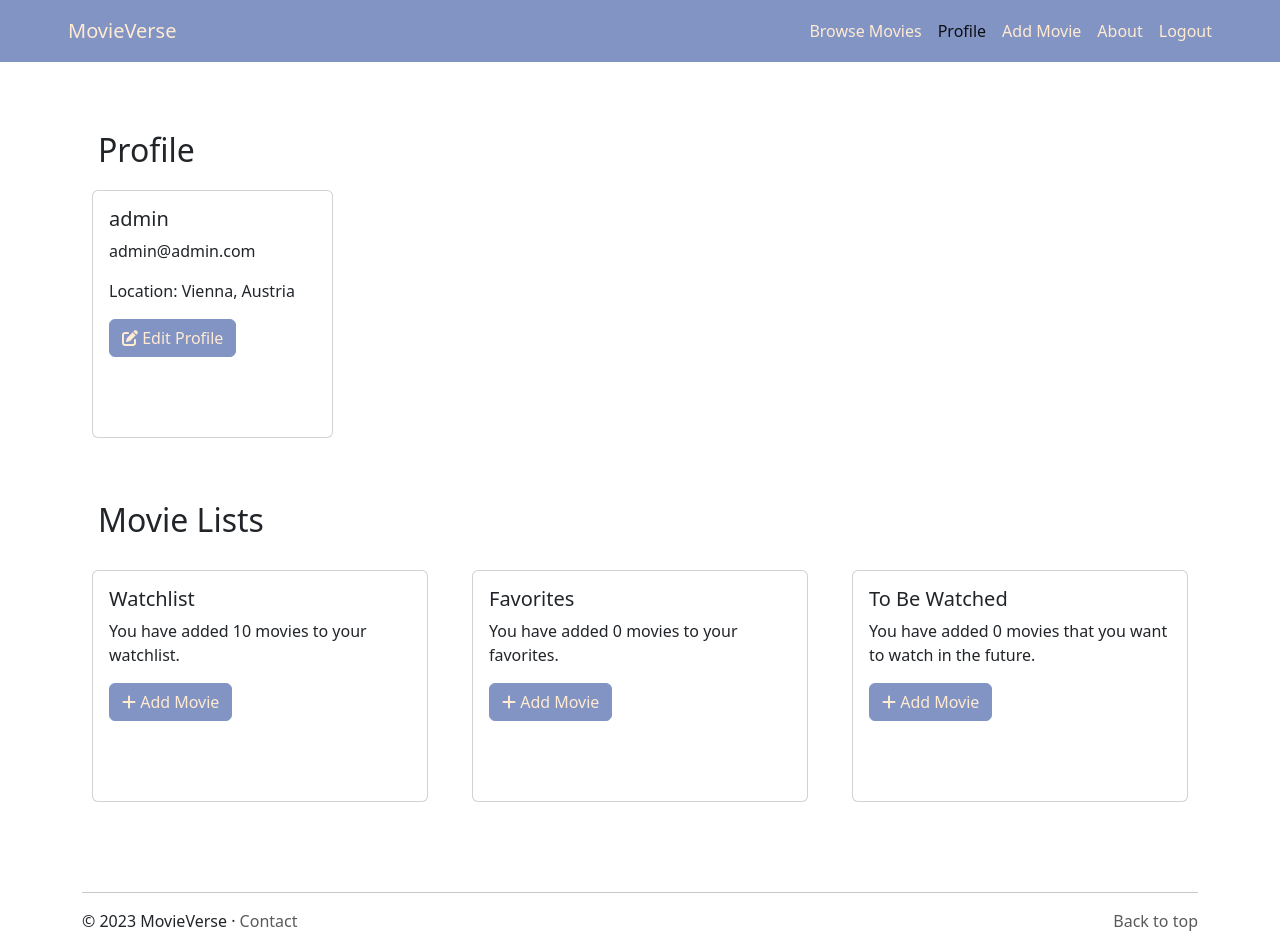
Repository: rafaelasantana/MovieVerse
Page: http://localhost/profile.php
These files come from the project's save history. The page is drawn as it stood at one moment and after the next save; the edit follows.
The browser window is 1280 px wide. The pictures show the whole page.
Some web libraries are served in a nearby version. The page is run by PHP 8.4 with error messages shown; the project is at /var/www/html/. The session is filled in as if someone had signed in: {"username": "admin", "role": 1, "status": 1, "id": 1, "firstname": "admin", "email": "admin@admin.com"}. Other server files are loaded and not shown. Queries for data that is not in the repository find no rows.

Above is the page before, as saved 2023-06-24 23:49:56.
Console error: TypeError: Cannot read properties of undefined (reading 'keyboard')

### MovieVerse/profile.php
<?php
$page = "profile";
session_start();
include "header.php";
include "navbar.php";
include "includes/db_handler.inc.php";  // assuming your database connection file is located at includes/db_handler.inc.php

$userId = $_SESSION["id"];
$watchlist_count = 0;
$favorites_count = 0;

if ($userId) {
    $stmt = $conn->prepare("SELECT COUNT(*) as count FROM watched WHERE user_id = ?");
    $stmt->bind_param("i", $userId);
    $stmt->execute();
    $result = $stmt->get_result();
    $row = $result->fetch_assoc();
    $watchlist_count = $row['count'];

    $stmt = $conn->prepare("SELECT COUNT(*) as count FROM watch_later WHERE user_id = ?");
    $stmt->bind_param("i", $userId);
    $stmt->execute();
    $result = $stmt->get_result();
    $row = $result->fetch_assoc();
    $watchlist_count = $row['count'];

    $stmt = $conn->prepare("SELECT COUNT(*) as count FROM favorites WHERE user_id = ?");
    $stmt->bind_param("i", $userId);
    $stmt->execute();
    $result = $stmt->get_result();
    $row = $result->fetch_assoc();
    $favorites_count = $row['count'];
}

// Close the connection
$conn->close();
?>


<main>
  <div class="container my-5">
    <div class="row my-3">
      <div class="col-md-3">
        <p class="fs-2 mx-3 mt-3">Profile</p>
        <div class="card">
          <div class="card-body">
            <h5 class="card-title"><?php echo $_SESSION["firstname"];?></h5>
            <p class="card-text"><?php echo $_SESSION["email"];?></p>
            <p class="card-text">Location: Vienna, Austria</p>
            <a href="editProfile.php" class="btn btn-primary"><i class="fas fa-edit"></i> Edit Profile</a>
          </div>
        </div>
      </div>
    </div>
    <div class="row my-3">
      <div class="col-md-12 my-3">
        <p class="fs-2 mx-3 mt-3">Movie Lists</p>
        <div class="row my-3">
          <div class="col-md-4">
            <div class="card">
              <div class="card-body">
                <h5 class="card-title">Watchlist</h5>
                <p class="card-text">You have added 10 movies to your watchlist.</p>
                <a href="#" class="btn btn-primary"><i class="fas fa-plus"></i> Add Movie</a>
              </div>
            </div>
          </div>
          <div class="col-md-4">
            <div class="card">
              <div class="card-body">
                <h5 class="card-title">Favorites</h5>
                <p class="card-text">You have added <?php echo $favorites_count; ?> movies to your favorites.</p>
                <a href="#" class="btn btn-primary"><i class="fas fa-plus"></i> Add Movie</a>
              </div>
            </div>
          </div>
          <div class="col-md-4">
            <div class="card">
              <div class="card-body">
                <h5 class="card-title">To Be Watched</h5>
                <p class="card-text">You have added <?php echo $favorites_count; ?> movies that you want to watch in the future.</p>
                <a href="#" class="btn btn-primary"><i class="fas fa-plus"></i> Add Movie</a>
              </div>
            </div>
          </div>
        </div>
      </div>

    </div>
  </div>
  </div>

</main>

<?php
include "footer.php";
?>

### MovieVerse/header.php
<!doctype html>
<html lang="en">

<head>
  <title>Title</title>
  <!-- Required meta tags -->
  <meta charset="utf-8">
  <meta name="viewport" content="width=device-width, initial-scale=1, shrink-to-fit=no">

  <!-- Bootstrap CSS v5.2.1 -->
  <link href="https://cdn.jsdelivr.net/npm/bootstrap@5.2.1/dist/css/bootstrap.min.css" rel="stylesheet" integrity="sha384-iYQeCzEYFbKjA/T2uDLTpkwGzCiq6soy8tYaI1GyVh/UjpbCx/TYkiZhlZB6+fzT" crossorigin="anonymous">

  <!-- Template Main CSS Files -->
  <link href="assets/css/variables.css" rel="stylesheet">
  <link href="assets/css/index.css" rel="stylesheet">
  <link href="assets/css/login.css" rel="stylesheet">
  <link href="assets/css/footer.css" rel="stylesheet">
  <link href="assets/css/navbar.css" rel="stylesheet">

  <!-- add jquery (here minimized version)-->
  <script src="https://code.jquery.com/jquery-3.6.4.min.js" integrity="sha256-oP6HI9z1XaZNBrJURtCoUT5SUnxFr8s3BzRl+cbzUq8=" crossorigin="anonymous"></script>

  <!-- add font awesome library -->
  <script src="https://kit.fontawesome.com/a2b15cd676.js" crossorigin="anonymous"></script>

  <script defer src="assets/js/index.js"></script>

</head>

<body>

### MovieVerse/navbar.php
<!-- Begin header -->
<div class="navbar navbar-expand-lg" style="background-color: #8294C4">
    <div class="container-fluid">
        <!-- click on logo image to go to homepage -->
        <a href="index.php" class="navbar-brand mx-2 navbar-text">MovieVerse</a>
        <!-- burger button when collapses -->
        <div class="justify-content-end">
            <button class="navbar-toggler" type="button" data-bs-toggle="collapse" data-bs-target="#navbar_index" aria-controls="navbar_index" aria-expanded="false">
                <span class="navbar-toggler-icon"></span>
            </button>

        </div>
        <!-- Navbar -->
        <div id="navbar_index" class="collapse navbar-collapse justify-content-end">
            <div class="navbar-nav">
                <a class="navbar-text nav-link <?php if ($page == 'index') echo 'active' ?>" href="index.php">Browse Movies</a>
                <?php
                // if user is logged in, show profile
                if (isset($_SESSION["firstname"])) { ?>
                    <a class="navbar-text nav-link <?php if ($page == 'profile') echo 'active' ?> " href="profile.php">Profile</a>
                    <a class='navbar-text nav-link <?php if($page == 'addMovies') echo 'active' ?>' href='addMovies.php'>Add Movie</a>
                    <a class="navbar-text nav-link <?php if ($page == "help") echo " active" ?>" href="about.php">About</a>
                    <a class='navbar-text nav-link <?php if($page == 'logout') echo 'active' ?>' href='includes/logout.inc.php'>Logout</a>
                <?php }
                // if user is not logged in, show register and login
                else { ?>
                    <a class="navbar-text nav-link <?php if ($page == "registration") echo "active" ?>" href="registration.php">Register</a>
                    <a class="navbar-text nav-link <?php if ($page == "login") echo " active" ?>" href="login.php">Login</a>
                    <a class="navbar-text nav-link <?php if ($page == "help") echo " active" ?>" href="about.php">About</a>
                <?php } ?>
            </div>
        </div>
    </div>
</div>

### MovieVerse/includes/db_handler.inc.php
<?php
mysqli_report(MYSQLI_REPORT_ERROR | MYSQLI_REPORT_STRICT);


$server_name = "localhost";
$db_username = "root";
$db_password = "";
$db_name = "movieverseprojekt";

$conn = mysqli_connect($server_name, $db_username, $db_password, $db_name);

if (mysqli_connect_errno()) {
    printf("Connect failed: %s\n", mysqli_connect_error());
}

if (!mysqli_ping($conn)) {
    printf ("Error: %s\n", mysqli_error($conn));
}

### MovieVerse/footer.php
<footer class="container mt-4">
  <hr class="featurette-divider">
  <p class="float-end"><a href="#" class="footerCls">Back to top</a></p>
  <p>&copy; 2023 MovieVerse &middot; <a href="about.php" class="footerCls">Contact</a></p>
</footer>
<!-- Bootstrap JavaScript Libraries -->
<script src="https://cdn.jsdelivr.net/npm/@popperjs/core@2.11.6/dist/umd/popper.min.js" integrity="sha384-oBqDVmMz9ATKxIep9tiCxS/Z9fNfEXiDAYTujMAeBAsjFuCZSmKbSSUnQlmh/jp3" crossorigin="anonymous">
</script>

<script src="https://cdn.jsdelivr.net/npm/bootstrap@5.2.1/dist/js/bootstrap.min.js" integrity="sha384-7VPbUDkoPSGFnVtYi0QogXtr74QeVeeIs99Qfg5YCF+TidwNdjvaKZX19NZ/e6oz" crossorigin="anonymous">
</script>
</body>

</html>

### MovieVerse/assets/css/variables.css
/**
* Template Name: ZenBlog
* File: variables.css
* Description: Easily customize colors, typography, and other repetitive properties used in the template main stylesheet file main.css
*
* Template URL: https://bootstrapmade.com/zenblog-bootstrap-blog-template/
* Author: BootstrapMade.com
* License: https://bootstrapmade.com/license/
*
* Contents:
* 1. ZenBlog template variables
* 2. Override default Bootstrap variables
* 3. Set color and background class names
*
* Learn more about CSS variables at https://developer.mozilla.org/en-US/docs/Web/CSS/Using_CSS_custom_properties
*/

/*--------------------------------------------------------------
# 1. ZenBlog template variables
--------------------------------------------------------------*/
:root {

  /* Fonts */
  --font-default: 'EB Garamond', system-ui, -apple-system, "Segoe UI", Roboto, "Helvetica Neue", Arial, "Noto Sans", "Liberation Sans", sans-serif, "Apple Color Emoji", "Segoe UI Emoji", "Segoe UI Symbol", "Noto Color Emoji";
  --font-primary: 'EB Garamond', serif; /*'Playfair Display', serif;*/
  --font-secondary: 'Inter', sans-serif;

  /* Colors */
  /* The *-rgb color names are simply the RGB converted value of the corresponding color for use in the rgba() function */

  /* Default text color */
  --color-default: #212529;
  --color-default-rgb: 33, 37, 41;

  /* Defult links color */
  --color-links: #212529;
  --color-links-hover: #15171a;

  /* Primay colors */
  --color-primary: #212529;
  --color-primary-light: #26282c;
  --color-primary-dark: #0b0c0e;

  --color-primary-rgb: 33, 37, 41;
  --color-primary-light-rgb: 38, 40, 44;
  --color-primary-dark-rgb: 11, 12, 14;

  /* Secondary colors */
  --color-secondary: #596d80;
  --color-secondary-light: #8498aa;
  --color-secondary-dark: #404f5c;

  --color-secondary-rgb: 89, 109, 128;
  --color-secondary-light-rgb: 132, 152, 170;
  --color-secondary-dark-rgb: 64, 79, 92;

  /* General colors */
  --color-blue: #0d6efd;
  --color-blue-rgb: 13, 110, 253;

  --color-indigo: #6610f2;
  --color-indigo-rgb: 102, 16, 242;

  --color-purple: #6f42c1;
  --color-purple-rgb: 111, 66, 193;

  --color-pink: #f3268c;
  --color-pink-rgb: 243, 38, 140;

  --color-red: #df1529;
  --color-red-rgb: 223, 21, 4;

  --color-orange: #fd7e14;
  --color-orange-rgb: 253, 126, 20;

  --color-yellow: #ffc107;
  --color-yellow-rgb: 255, 193, 7;

  --color-green: #059652;
  --color-green-rgb: 5, 150, 82;

  --color-teal: #20c997;
  --color-teal-rgb: 32, 201, 151;

  --color-cyan: #0dcaf0;
  --color-cyan-rgb: 13, 202, 240;

  --color-white: #ffffff;
  --color-white-rgb: 255, 255, 255;

  --color-gray: #6c757d;
  --color-gray-rgb: 108, 117, 125;

  --color-black: #000000;
  --color-black-rgb: 0, 0, 0;
}

/*--------------------------------------------------------------
# 2. Override default Bootstrap variables
--------------------------------------------------------------*/
:root {
  --bs-blue: var(--color-blue);
  --bs-indigo: var(--color-indigo);
  --bs-purple: var(--color-purple);
  --bs-pink: var(--color-pink);
  --bs-red: var(--color-red);
  --bs-orange: var(--color-orange);
  --bs-yellow: var(--color-yellow);
  --bs-green: var(--color-green);
  --bs-teal: var(--color-teal);
  --bs-cyan: var(--color-cyan);
  --bs-white: var(--color-white);
  --bs-gray: var(--color-gray);
  --bs-gray-dark: #343a40;
  --bs-gray-100: #f8f9fa;
  --bs-gray-200: #e9ecef;
  --bs-gray-300: #dee2e6;
  --bs-gray-400: #ced4da;
  --bs-gray-500: #adb5bd;
  --bs-gray-600: #6c757d;
  --bs-gray-700: #495057;
  --bs-gray-800: #343a40;
  --bs-gray-900: #212529;
  --bs-primary: var(--color-blue);
  --bs-secondary: var(--color-blue);
  --bs-success: #198754;
  --bs-info: #0dcaf0;
  --bs-warning: #ffc107;
  --bs-danger: #dc3545;
  --bs-light: #f8f9fa;
  --bs-dark: #212529;
  --bs-primary-rgb: var(--color-primary-rgb);
  --bs-secondary-rgb: var(--color-secondary-rgb);
  --bs-success-rgb: 25, 135, 84;
  --bs-info-rgb: 13, 202, 240;
  --bs-warning-rgb: 255, 193, 7;
  --bs-danger-rgb: 220, 53, 69;
  --bs-light-rgb: 248, 249, 250;
  --bs-dark-rgb: 33, 37, 41;
  --bs-white-rgb: var(--color-white-rgb);
  --bs-black-rgb: var(--color-black-rgb);
  --bs-body-color-rgb: var(--color-default-rgb);
  --bs-body-bg-rgb: 255, 255, 255;
  --bs-font-sans-serif: var(--font-default);
  --bs-font-monospace: SFMono-Regular, Menlo, Monaco, Consolas, "Liberation Mono", "Courier New", monospace;
  --bs-gradient: linear-gradient(180deg, rgba(255, 255, 255, 0.15), rgba(255, 255, 255, 0));
  --bs-body-font-family: var(--font-default);
  --bs-body-font-size: 1rem;
  --bs-body-font-weight: 400;
  --bs-body-line-height: 1.5;
  --bs-body-color: var(--color-default);
  --bs-body-bg: #fff;
}

/*--------------------------------------------------------------
# 3. Set color and background class names
--------------------------------------------------------------*/
/* Fonts */
.font-default { font-family: var(--font-default) !important; }
.font-primary { font-family: var(--font-primary) !important;}
.font-secondary { font-family: var(--font-secondary) !important; }

/* Text Colors */
.color-default { color: var(--color-default) !important; }
.color-links { color: var(--color-links) !important; }
.color-links:hover { color: var(--color-links-hover) !important; }
.color-primary { color: var(--color-primary) !important; }
.color-primary-light { color: var(--color-primary-light) !important; }
.color-primary-dark { color: var(--color-primary-dark) !important; }
.color-secondary { color: var(--color-secondary) !important; }
.color-secondary-light { color: var(--color-secondary-light) !important; }
.color-secondary-dark { color: var(--color-secondary-dark) !important; }
.color-blue { color: var(--color-blue) !important; }
.color-indigo { color: var(--color-indigo) !important; }
.color-purple { color: var(--color-purple) !important; }
.color-pink { color: var(--color-pink) !important; }
.color-red { color: var(--color-red) !important; }
.color-orange { color: var(--color-orange) !important; }
.color-yellow { color: var(--color-yellow) !important; }
.color-green { color: var(--color-green) !important; }
.color-teal { color: var(--color-teal) !important; }
.color-cyan { color: var(--color-cyan) !important; }
.color-white { color: var(--color-white) !important; }
.color-gray { color: var(--color-gray) !important; }
.color-black { color: var(--color-black) !important; }

/* Background Colors */
.bg-default { background-color: var(--color-default) !important; }
.bg-primary { background-color: var(--color-primary) !important; }
.bg-primary-light { background-color: var(--color-primary-light) !important; }
.bg-primary-dark { background-color: var(--color-primary-dark) !important; }
.bg-secondary { background-color: var(--color-secondary) !important; }
.bg-secondary-light { background-color: var(--color-secondary-light) !important; }
.bg-secondary-dark { background-color: var(--color-secondary-dark) !important; }
.bg-blue { background-color: var(--color-blue) !important; }
.bg-indigo { background-color: var(--color-indigo) !important; }
.bg-purple { background-color: var(--color-purple) !important; }
.bg-pink { background-color: var(--color-pink) !important; }
.bg-red { background-color: var(--color-red) !important; }
.bg-orange { background-color: var(--color-orange) !important; }
.bg-yellow { background-color: var(--color-yellow) !important; }
.bg-green { background-color: var(--color-green) !important; }
.bg-teal { background-color: var(--color-teal) !important; }
.bg-cyan { background-color: var(--color-cyan) !important; }
.bg-white { background-color: var(--color-white) !important; }
.bg-gray { background-color: var(--color-gray) !important; }
.bg-black { background-color: var(--color-black) !important; }

### MovieVerse/assets/css/index.css
.btn{
    --bs-btn-color:#FFEAD2;
    background-color:#8294C4;
    text-decoration: none;
    --bs-btn-border-color:#8294C4;
    --bs-btn-hover-color:#FFEAD2;
    --bs-btn-hover-bg:#DBDFEA;
    --bs-btn-hover-border-color:#DBDFEA;
    --bs-btn-focus-shadow-rgb:0,0,0;
    --bs-btn-active-color:#FFEAD2;
    --bs-btn-active-bg:#8294C4;
    --bs-btn-active-border-color:#8294C4;
    --bs-btn-active-shadow:inset 0 3px 5px rgba(0, 0, 0, 0.125);
    --bs-btn-disabled-color:#DBDFEA;
    --bs-btn-disabled-bg:transparent;
    --bs-btn-disabled-border-color:#DBDFEA;
    --bs-gradient:none;
}

.container-fluid {
    padding-left: 60px; /* Add left margin */
    padding-right: 60px; /* Add right margin */
}

.img-wrapper{
    display: flex;
    align-items: center;
    justify-content: center;
}

.search-image-responsive{
    width:150px;
    height:150px;
}

img{
    width:400px;
    height:550px;

 /*Scale down will take the necessary specified space that is 100px x 100px without stretching the image*/
     object-fit:scale-down;
}

@media screen and (min-width:576px) {
    .carousel-inner{
        display: flex;
    }
    .carousel-item{
        flex: auto;
    }
    .img-wrapper{
        height: 35em;
    }

}

.carousel{
    width: 1150px;
}

.carousel-item{
    display: block;
    margin-right: 0;
    margin: 1em;
}

.carousel-inner{
    padding: 1em;
}

.card-container {
    display: flex;
    flex-wrap: wrap;
}

.card {
    flex: 1 1 300px; /* Set a fixed width for the cards */
    margin: 10px; /* Add some margin between the cards */
    display: flex;
    flex-direction: column;
}

.card-body {
    flex-grow: 1; /* Allow the card body to expand to fill the available space */
    padding-bottom: 80px; /* Add padding to the bottom to create space for the buttons */
}

.card-buttons {
    position: absolute; /* Add position: absolute */
    bottom: 10px; /* Adjust the desired distance from the bottom */
    left: 10px; /* Adjust the desired distance from the left */
}

@media (max-width: 768px) {
    .card-container {
        flex-wrap: nowrap;
    }

    .card-container .card {
        width: 100%;
        margin-right: 0;
    }
}

.carousel-control-prev, .carousel-control-next{
    /* position: fixed; */
    margin: 10em;
    width: 6vh;
    height: 6vh;
    background-color: #e1e1e1;
    border-radius: 50%;
    top: 50%;
    transform: translateY(-50%);
    opacity: .5;
}

.search-result .title h3 {
    margin: 0 0 15px;
    color: #333;
}
.search-result .title p {
    font-size: 12px;
    color: #333;
}
.well {
    border: 0;
    padding: 0px;
    min-height: 63px;
    background: #fff;
    box-shadow: none;
    border-radius: 0px;
    position: relative;
    max-height: 100000px;
    border-bottom: 2px solid #ccc;
    transition: max-height 0.5s ease;
    -o-transition: max-height 0.5s ease;
    -ms-transition: max-height 0.5s ease;
    -moz-transition: max-height 0.5s ease;
    -webkit-transition: max-height 0.5s ease;
}
.form-control {
    height: 45px;
    padding: 10px;
    font-size: 16px;
    box-shadow: none;
    border-radius: 0;
    position: relative;
}

### MovieVerse/assets/css/login.css
.btn-login{
  --bs-btn-color:#FFEAD2;
  background-color:#8294C4;
  text-decoration: none;
  --bs-btn-border-color:#8294C4;
  --bs-btn-hover-color:#FFEAD2;
  --bs-btn-hover-bg:#DBDFEA;
  --bs-btn-hover-border-color:#DBDFEA;
  --bs-btn-focus-shadow-rgb:0,0,0;
  --bs-btn-active-color:#FFEAD2;
  --bs-btn-active-bg:#8294C4;
  --bs-btn-active-border-color:#8294C4;
  --bs-btn-active-shadow:inset 0 3px 5px rgba(0, 0, 0, 0.125);
  --bs-btn-disabled-color:#DBDFEA;
  --bs-btn-disabled-bg:transparent;
  --bs-btn-disabled-border-color:#DBDFEA;
  --bs-gradient:none;
  }

.text{
  text-align: center;
}

.errortxt {
  color: red;
}

### MovieVerse/assets/css/footer.css
a.footerCls{
    text-decoration: none;
    color: #5a5a5a;
}

a.footerCls:hover{
    color: #c9a58b;
}

### MovieVerse/assets/css/navbar.css
.navbar-text {
    color: #FFEAD2;
}

.navbar-text .active{
    color: #DBDFEA;
}

### MovieVerse/assets/js/index.js
$(document).ready(function () {

    var multipleItemCarousel = document.querySelector('#multipleItemCarousel');

    // toggle form to add new movie
    $("#addMovieToggle").click(function() {
        console.log("clicked on addMovieToggle ");
        $("#addMovieForm").toggle();
    })

    // photo carousel logic
    // for bigger screens
    if (window.matchMedia("(min-width:576px)").matches) {

        var carousel = new bootstrap.Carousel(multipleItemCarousel, {
            interval: false
        })

        var carouselWidth = $('.carousel-inner')[0].scrollWidth;

        var cardWidth = $('.carousel-item').width();


        var scrollPosition = 0;

        $('.carousel-control-next').on('click', function () {
            if (scrollPosition < (carouselWidth - (cardWidth * 4))) {
                console.log('next');
                scrollPosition = scrollPosition + cardWidth;
                $('.carousel-inner').animate({ scrollLeft: scrollPosition }, 600);
            }
        })

        $('.carousel-control-prev').on('click', function () {
            if (scrollPosition > 0) {
                console.log('prev');
                scrollPosition = scrollPosition - cardWidth;
                $('.carousel-inner').animate({ scrollLeft: scrollPosition }, 600);
            }
        })
    }
    // for smaller screens
    else {
        $(multipleItemCarousel).addClass('slide');

        $('.carousel-control-next').on('click', function () {
            if (scrollPosition < (carouselWidth - (cardWidth * 4))) {
                console.log('next');
                scrollPosition = scrollPosition + cardWidth;
                $('.carousel-inner').animate({ scrollLeft: scrollPosition }, 600);
            }
        })

        $('.carousel-control-prev').on('click', function () {
            if (scrollPosition > 0) {
                console.log('prev');
                scrollPosition = scrollPosition - cardWidth;
                $('.carousel-inner').animate({ scrollLeft: scrollPosition }, 600);
            }
        })

    }

});

After the next save:
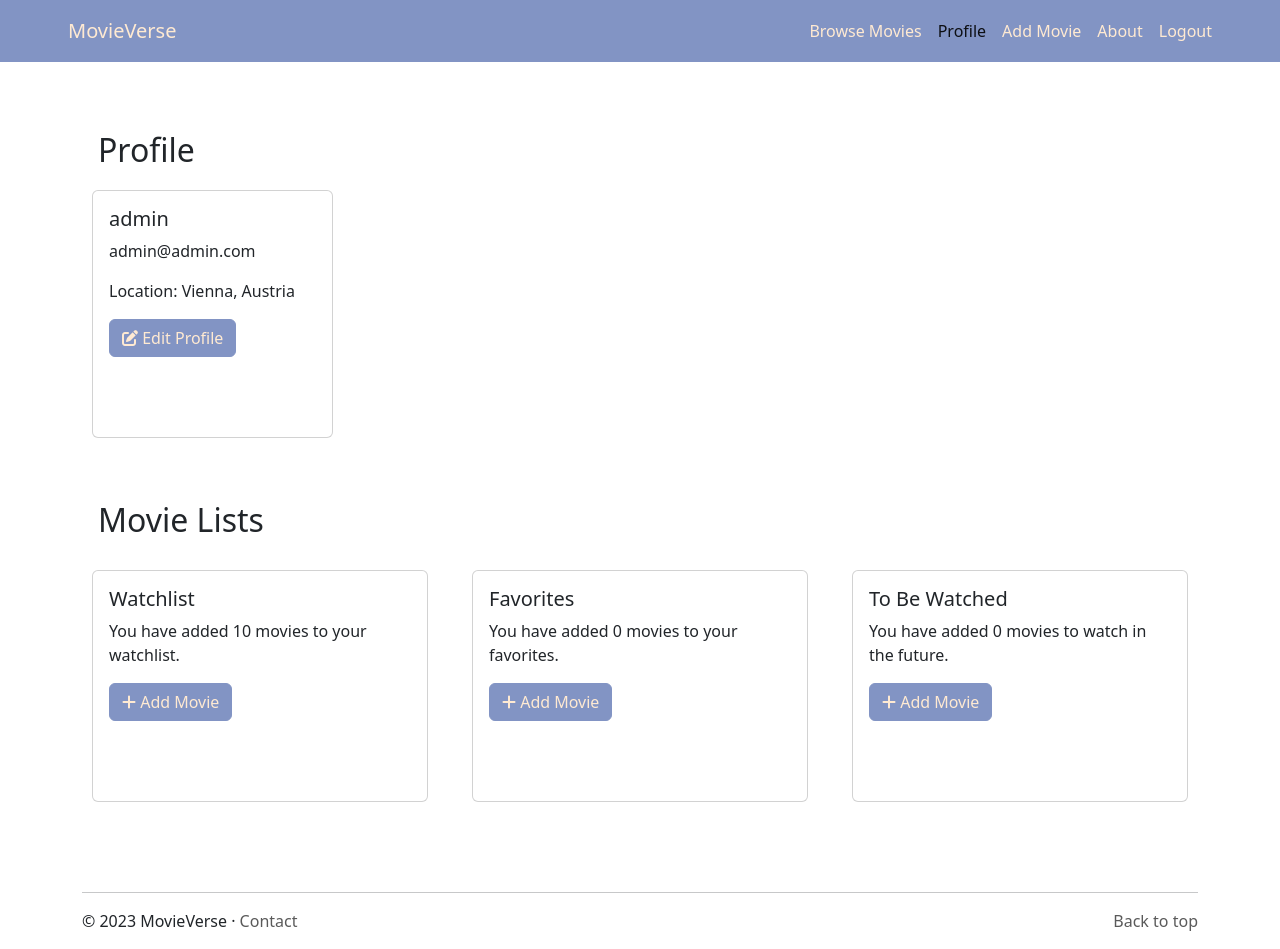
Saved 30 s later.
--- a/MovieVerse/profile.php
+++ b/MovieVerse/profile.php
@@ -78,7 +78,7 @@ $conn->close();
             <div class="card">
               <div class="card-body">
                 <h5 class="card-title">To Be Watched</h5>
-                <p class="card-text">You have added <?php echo $favorites_count; ?> movies that you want to watch in the future.</p>
+                <p class="card-text">You have added <?php echo $favorites_count; ?> movies to watch in the future.</p>
                 <a href="#" class="btn btn-primary"><i class="fas fa-plus"></i> Add Movie</a>
               </div>
             </div>
